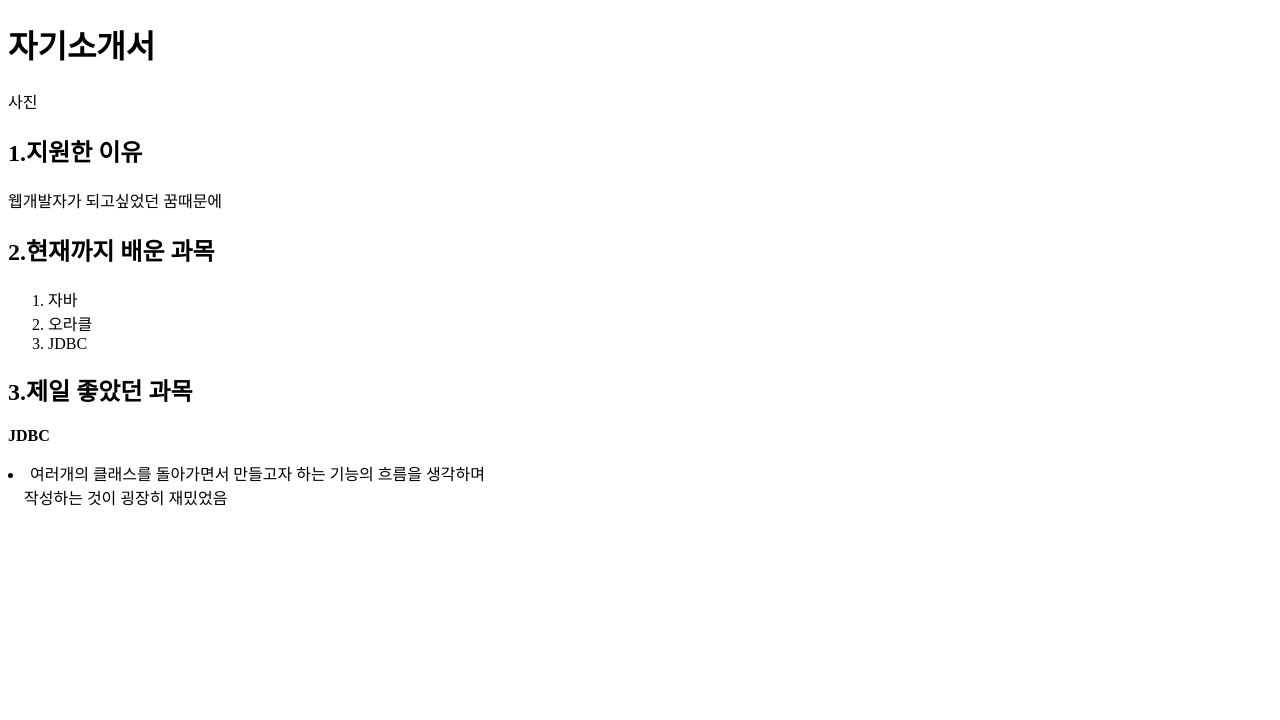
Repository: DongHyenYoo/DongHyen
Page: JdbcStudy/HTMLTEST/WebContent/SelfIntro.html
These files come from the project's save history. The page is drawn as it stood at one moment and after the next save; the edit follows.
The browser window is 1280 px wide. The pictures show the whole page.

Above is the page before, as saved 2022-09-23 07:23:05.

### JdbcStudy/HTMLTEST/WebContent/SelfIntro.html
<!DOCTYPE html>
<html>
<head>
<meta charset="UTF-8">
<title>Insert title here</title>
</head>
<body>
<h1>자기소개서</h1>

사진


<h2>1.지원한 이유</h2>
<p>
웹개발자가 되고싶었던 꿈때문에
</p>


<h2>2.현재까지 배운 과목</h2>
<p>
<ol>
<li>자바</li>
<li>오라클</li>
<li>JDBC</li>
</ol>
</p>


<h2>3.제일 좋았던 과목</h2>
<p>
<strong>JDBC</strong>
<li>여러개의 클래스를 돌아가면서 만들고자 하는 기능의 흐름을 생각하며<br>
&nbsp;&nbsp;&nbsp;&nbsp;작성하는 것이 굉장히 재밌었음</li>
</p>






</body>
</html>

After the next save:
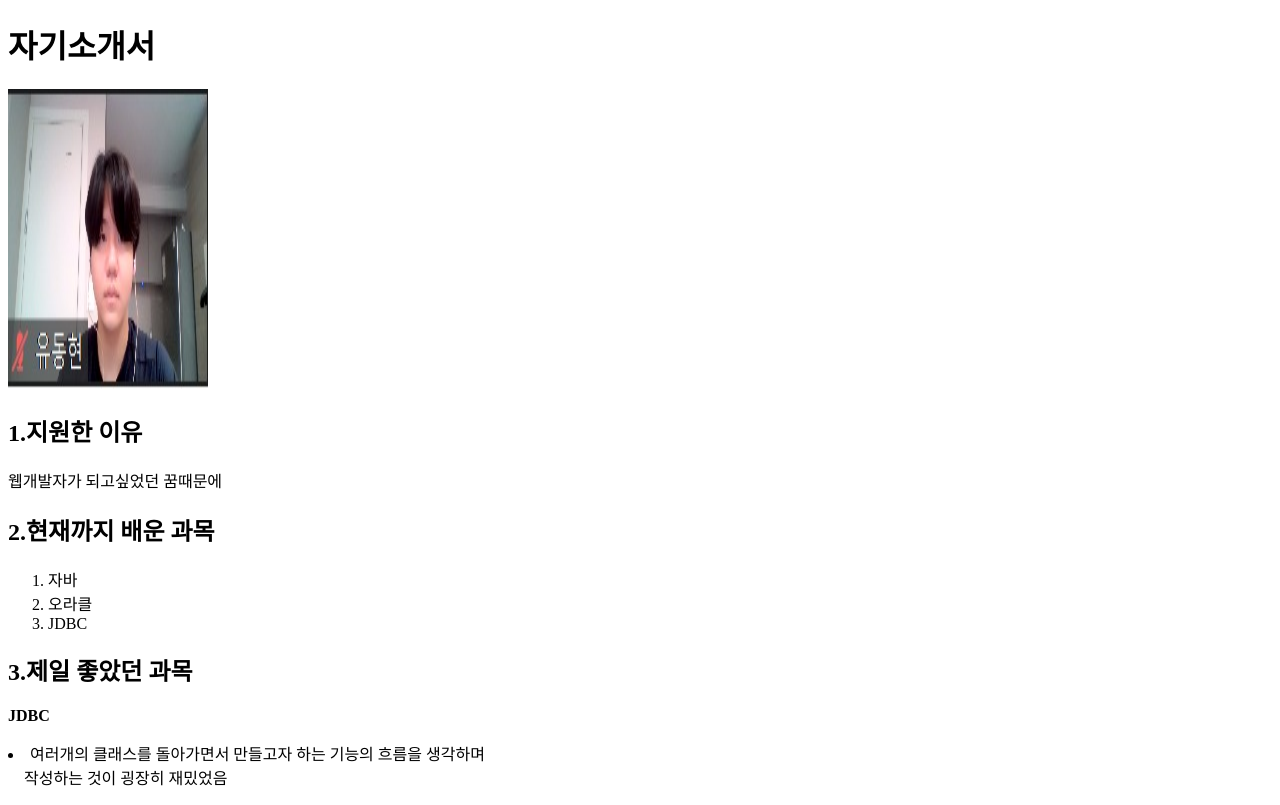
Saved 4 min 16 s later.
--- a/JdbcStudy/HTMLTEST/WebContent/SelfIntro.html
+++ b/JdbcStudy/HTMLTEST/WebContent/SelfIntro.html
@@ -5,33 +5,30 @@
 <title>Insert title here</title>
 </head>
 <body>
-<h1>자기소개서</h1>
+	<h1>자기소개서</h1>
 
-사진
+	<img src="Test.jpg" width="200" height = "300">
+	<h2>1.지원한 이유</h2>
+	<p>웹개발자가 되고싶었던 꿈때문에</p>
 
 
-<h2>1.지원한 이유</h2>
-<p>
-웹개발자가 되고싶었던 꿈때문에
-</p>
+	<h2>2.현재까지 배운 과목</h2>
+	<p>
+	<ol>
+		<li>자바</li>
+		<li>오라클</li>
+		<li>JDBC</li>
+	</ol>
+	</p>
 
 
-<h2>2.현재까지 배운 과목</h2>
-<p>
-<ol>
-<li>자바</li>
-<li>오라클</li>
-<li>JDBC</li>
-</ol>
-</p>
-
-
-<h2>3.제일 좋았던 과목</h2>
-<p>
-<strong>JDBC</strong>
-<li>여러개의 클래스를 돌아가면서 만들고자 하는 기능의 흐름을 생각하며<br>
-&nbsp;&nbsp;&nbsp;&nbsp;작성하는 것이 굉장히 재밌었음</li>
-</p>
+	<h2>3.제일 좋았던 과목</h2>
+	<p>
+		<strong>JDBC</strong>
+	<li>여러개의 클래스를 돌아가면서 만들고자 하는 기능의 흐름을 생각하며<br>
+		&nbsp;&nbsp;&nbsp;&nbsp;작성하는 것이 굉장히 재밌었음
+	</li>
+	</p>
 
 
 
